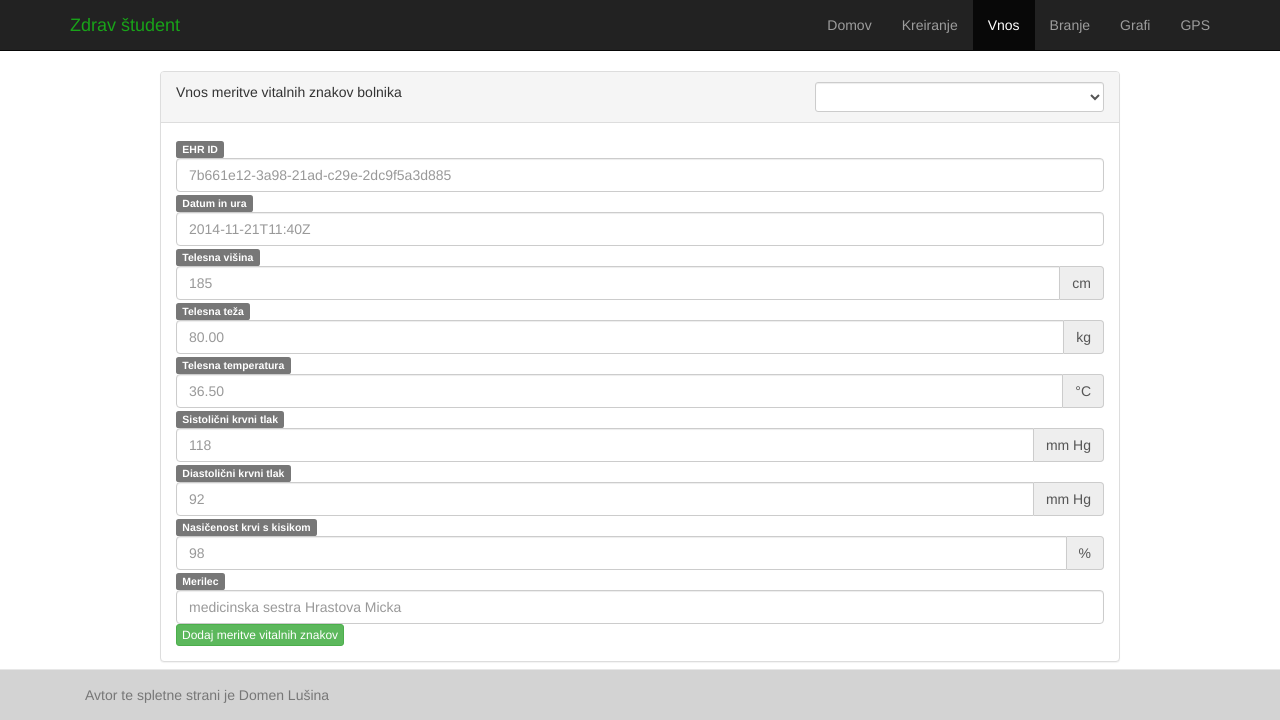
Repository: dl4184/ois-dn4
Page: vnos.html
The author's editor kept a record of every edit. The page is drawn from the files as they stood at one moment, then again after the next edit.
The browser window is 1280 px wide. The pictures show the whole page.
Some web libraries are served in a nearby version.

Above is the page before.
Not found: css/styles.css

After the next edit:
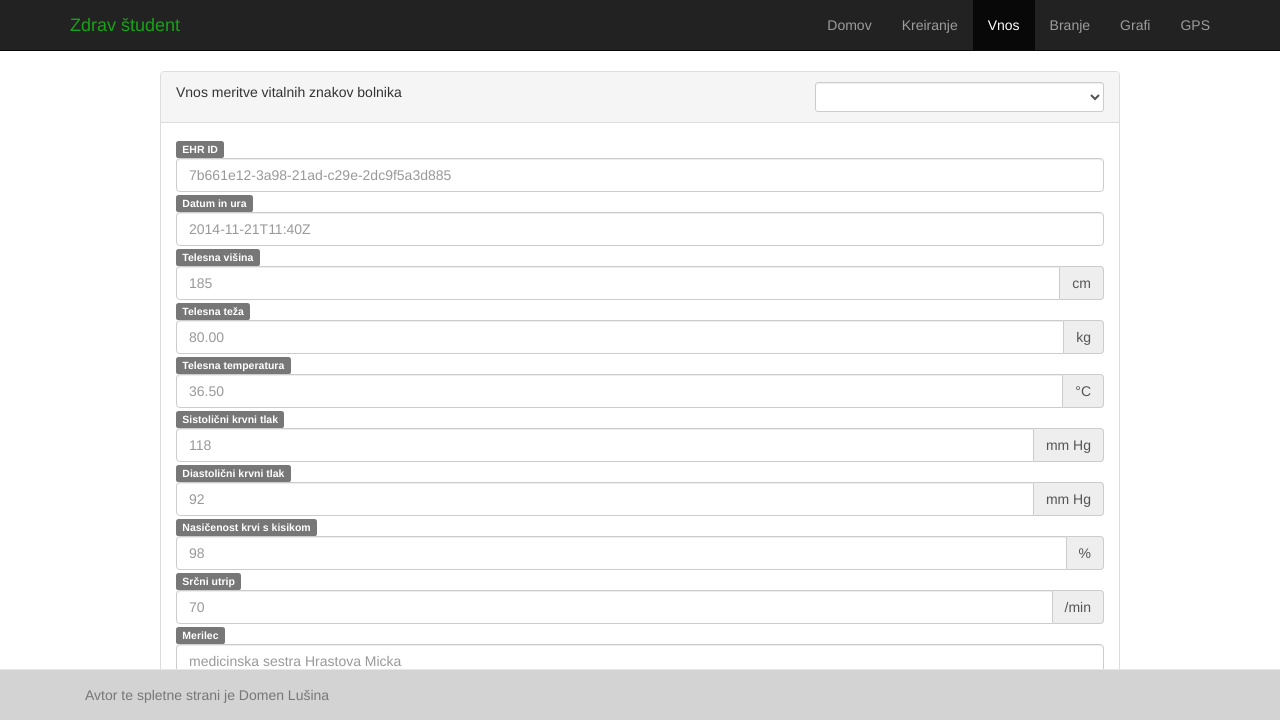
The edit:
--- a/vnos.html
+++ b/vnos.html
@@ -56,6 +56,7 @@
 						<span class="label label-default">Sistolični krvni tlak</span><div class="input-group"><input id="dodajVitalnoKrvniTlakSistolicni" type="text" class="form-control input-mini" placeholder="118"><span class="input-group-addon">mm Hg</span></div>
 						<span class="label label-default">Diastolični krvni tlak</span><div class="input-group"><input id="dodajVitalnoKrvniTlakDiastolicni" type="text" class="form-control input-mini" placeholder="92"><span class="input-group-addon">mm Hg</span></div>
 						<span class="label label-default">Nasičenost krvi s kisikom</span><div class="input-group"><input id="dodajVitalnoNasicenostKrviSKisikom" type="text" class="form-control input-mini" placeholder="98"><span class="input-group-addon">%</span></div>
+						<span class="label label-default">Srčni utrip</span><div class="input-group"><input id="dodajUtripSrca" type="text" class="form-control input-mini" placeholder="70"><span class="input-group-addon">/min</span></div>
 						<span class="label label-default">Merilec</span><input id="dodajVitalnoMerilec" type="text" class="form-control input-mini" placeholder="medicinska sestra Hrastova Micka">
 						<button type="button" class="btn btn-success btn-xs" onclick="dodajMeritveVitalnihZnakov()">Dodaj meritve vitalnih znakov</button><span id="dodajMeritveVitalnihZnakovSporocilo"></span>
 				  	</div>
